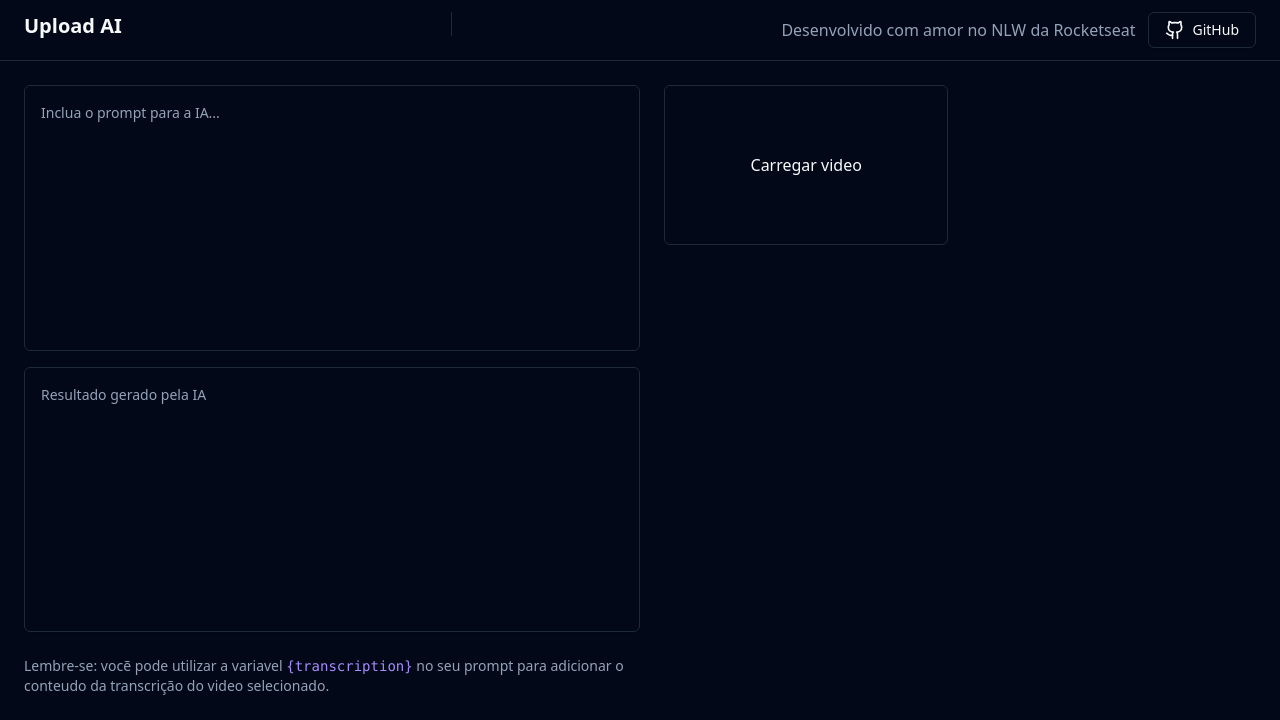
Repository: brksaian/nlw-2023-IA
Page: /
The author's editor kept a copy of each file at every save. The page is drawn from the files as they stood at one save, then again after the next save.
The browser window is 1280 px wide. The pictures show the whole page.
The project was rebuilt for these pictures with package versions that can differ from the ones it lists, and the page was loaded fresh each time. Also part of the build but not shown: vite.config.ts.

Above is the page before, as saved 2023-09-12 22:24:25.

### index.html
<!DOCTYPE html>
<html lang="en">
  <head>
    <meta charset="UTF-8" />
    <meta name="viewport" content="width=device-width, initial-scale=1.0" />
    <title>Upload AI</title>
  </head>
  <body>
    <div id="root"></div>
    <script type="module" src="/src/main.tsx"></script>
  </body>
</html>

### src/App.tsx
import { Button } from "./components/ui/button";
import { Github } from "lucide-react";
import { Separator } from "./components/ui/separator";
import { Textarea } from "./components/ui/textarea";

export function App() {
  return (
    <div className="min-h-screen flex flex-col">
      <div className="px-6 py-3 flex item-center justify-between border-b">
        <h1 className="text-xl font-bold">Upload AI</h1>

        <Separator orientation="vertical" className="h-6" />

        <div className="flex items-center gap-3">
          <span className="text-small text-muted-foreground">
            Desenvolvido com amor no NLW da Rocketseat
          </span>
          <Button variant="outline">
            <Github className="w-5 h-5 mr-2" />
            GitHub
          </Button>
        </div>
      </div>
      <main className="flex-1 p-6 flex gap-6">
        <div className="flex flex-col gap-6 w-1/2">
          <div className="grid grid-rows-2 gap-4 flex-1">
            <Textarea
              placeholder="Inclua o prompt para a IA..."
              className="resize-none p-4 leading-relaxed"
            />
            <Textarea
              placeholder="Resultado gerado pela IA"
              className="resize-none p-4 leading-relaxed"
              readOnly
            />
          </div>
          <p className="text-sm text-muted-foreground">
            Lembre-se: vocẽ pode utilizar a variavel{" "}
            <code className="text-violet-400">{"{transcription}"}</code> no seu
            prompt para adicionar o conteudo da transcrição do video
            selecionado.
          </p>
        </div>
        <aside className="w-80 space-y-6">
          <form className="space-y-6">
            <label
              htmlFor="video"
              className="border flex rounded-md aspect-video cursor-pointer items-center justify-center h-40"
            >
              Carregar video
            </label>
            <input
              type="file"
              name="video"
              id="video"
              className="sr-only"
              accept="video/mp4"
            />
          </form>
        </aside>
      </main>
    </div>
  );
}

### src/index.css
@tailwind base;
@tailwind components;
@tailwind utilities;

@layer base {
  :root {
    --background: 222.2 84% 4.9%;
    --foreground: 210 40% 98%;
    --card: 222.2 84% 4.9%;
    --card-foreground: 210 40% 98%;
    --popover: 222.2 84% 4.9%;
    --popover-foreground: 210 40% 98%;
    --primary: 217.2 91.2% 59.8%;
    --primary-foreground: 222.2 47.4% 11.2%;
    --secondary: 217.2 32.6% 17.5%;
    --secondary-foreground: 210 40% 98%;
    --muted: 217.2 32.6% 17.5%;
    --muted-foreground: 215 20.2% 65.1%;
    --accent: 217.2 32.6% 17.5%;
    --accent-foreground: 210 40% 98%;
    --destructive: 0 62.8% 30.6%;
    --destructive-foreground: 210 40% 98%;
    --border: 217.2 32.6% 17.5%;
    --input: 217.2 32.6% 17.5%;
    --ring: 224.3 76.3% 48%;

    --radius: 0.5rem;
  }
}

@layer base {
  * {
    @apply border-border;
  }
  body {
    @apply bg-background text-foreground;
  }
}

### src/components/ui/button.tsx
import * as React from "react"
import { Slot } from "@radix-ui/react-slot"
import { cva, type VariantProps } from "class-variance-authority"

import { cn } from "@/lib/utils"

const buttonVariants = cva(
  "inline-flex items-center justify-center rounded-md text-sm font-medium transition-colors focus-visible:outline-none focus-visible:ring-1 focus-visible:ring-ring disabled:pointer-events-none disabled:opacity-50",
  {
    variants: {
      variant: {
        default:
          "bg-primary text-primary-foreground shadow hover:bg-primary/90",
        destructive:
          "bg-destructive text-destructive-foreground shadow-sm hover:bg-destructive/90",
        outline:
          "border border-input bg-transparent shadow-sm hover:bg-accent hover:text-accent-foreground",
        secondary:
          "bg-secondary text-secondary-foreground shadow-sm hover:bg-secondary/80",
        ghost: "hover:bg-accent hover:text-accent-foreground",
        link: "text-primary underline-offset-4 hover:underline",
      },
      size: {
        default: "h-9 px-4 py-2",
        sm: "h-8 rounded-md px-3 text-xs",
        lg: "h-10 rounded-md px-8",
        icon: "h-9 w-9",
      },
    },
    defaultVariants: {
      variant: "default",
      size: "default",
    },
  }
)

export interface ButtonProps
  extends React.ButtonHTMLAttributes<HTMLButtonElement>,
    VariantProps<typeof buttonVariants> {
  asChild?: boolean
}

const Button = React.forwardRef<HTMLButtonElement, ButtonProps>(
  ({ className, variant, size, asChild = false, ...props }, ref) => {
    const Comp = asChild ? Slot : "button"
    return (
      <Comp
        className={cn(buttonVariants({ variant, size, className }))}
        ref={ref}
        {...props}
      />
    )
  }
)
Button.displayName = "Button"

export { Button, buttonVariants }

### src/components/ui/separator.tsx
import * as React from "react"
import * as SeparatorPrimitive from "@radix-ui/react-separator"

import { cn } from "@/lib/utils"

const Separator = React.forwardRef<
  React.ElementRef<typeof SeparatorPrimitive.Root>,
  React.ComponentPropsWithoutRef<typeof SeparatorPrimitive.Root>
>(
  (
    { className, orientation = "horizontal", decorative = true, ...props },
    ref
  ) => (
    <SeparatorPrimitive.Root
      ref={ref}
      decorative={decorative}
      orientation={orientation}
      className={cn(
        "shrink-0 bg-border",
        orientation === "horizontal" ? "h-[1px] w-full" : "h-full w-[1px]",
        className
      )}
      {...props}
    />
  )
)
Separator.displayName = SeparatorPrimitive.Root.displayName

export { Separator }

### src/components/ui/textarea.tsx
import * as React from "react"

import { cn } from "@/lib/utils"

export interface TextareaProps
  extends React.TextareaHTMLAttributes<HTMLTextAreaElement> {}

const Textarea = React.forwardRef<HTMLTextAreaElement, TextareaProps>(
  ({ className, ...props }, ref) => {
    return (
      <textarea
        className={cn(
          "flex min-h-[60px] w-full rounded-md border border-input bg-transparent px-3 py-2 text-sm shadow-sm placeholder:text-muted-foreground focus-visible:outline-none focus-visible:ring-1 focus-visible:ring-ring disabled:cursor-not-allowed disabled:opacity-50",
          className
        )}
        ref={ref}
        {...props}
      />
    )
  }
)
Textarea.displayName = "Textarea"

export { Textarea }

Loaded but not shown: src/main.tsx (common file); src/lib/utils.ts (common file); tailwind.config.js (common file)

After the next save:
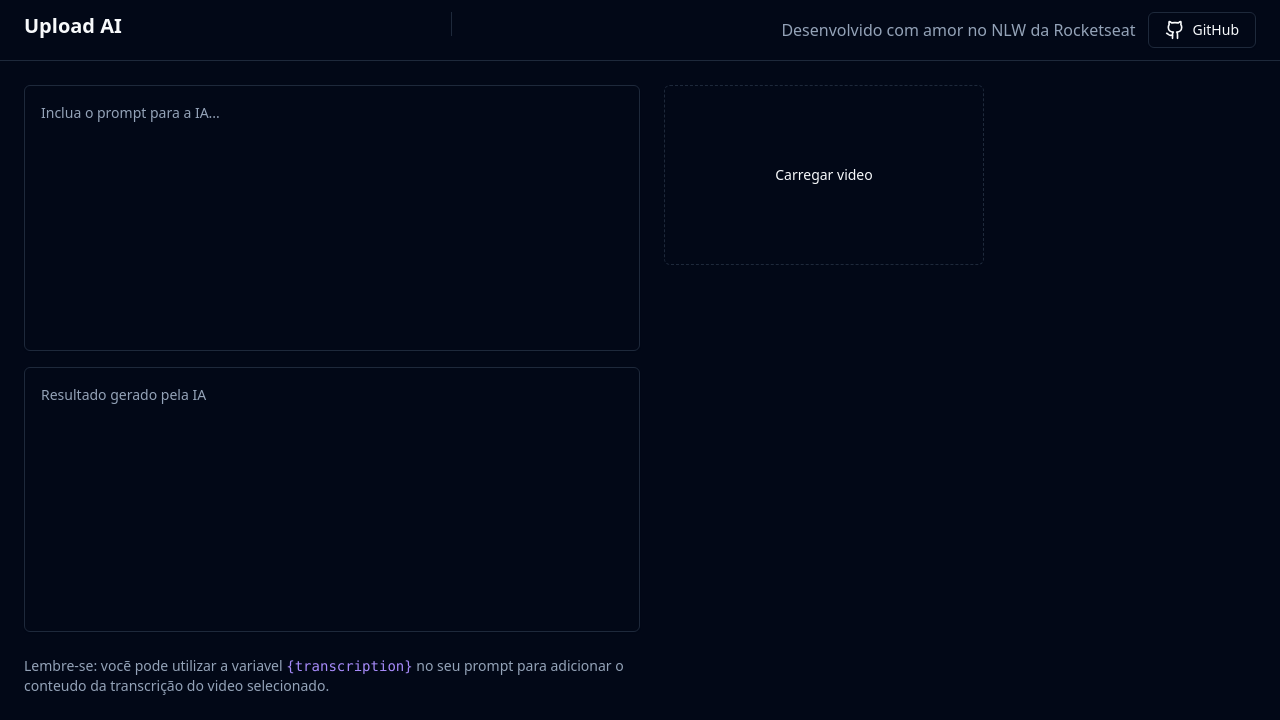
Saved 82 s later.
--- a/src/App.tsx
+++ b/src/App.tsx
@@ -45,7 +45,7 @@ export function App() {
           <form className="space-y-6">
             <label
               htmlFor="video"
-              className="border flex rounded-md aspect-video cursor-pointer items-center justify-center h-40"
+              className="border flex rounded-md aspect-video cursor-pointer border-dashed text-sm flex-col items-center justify-center texte-muted-foreground"
             >
               Carregar video
             </label>
